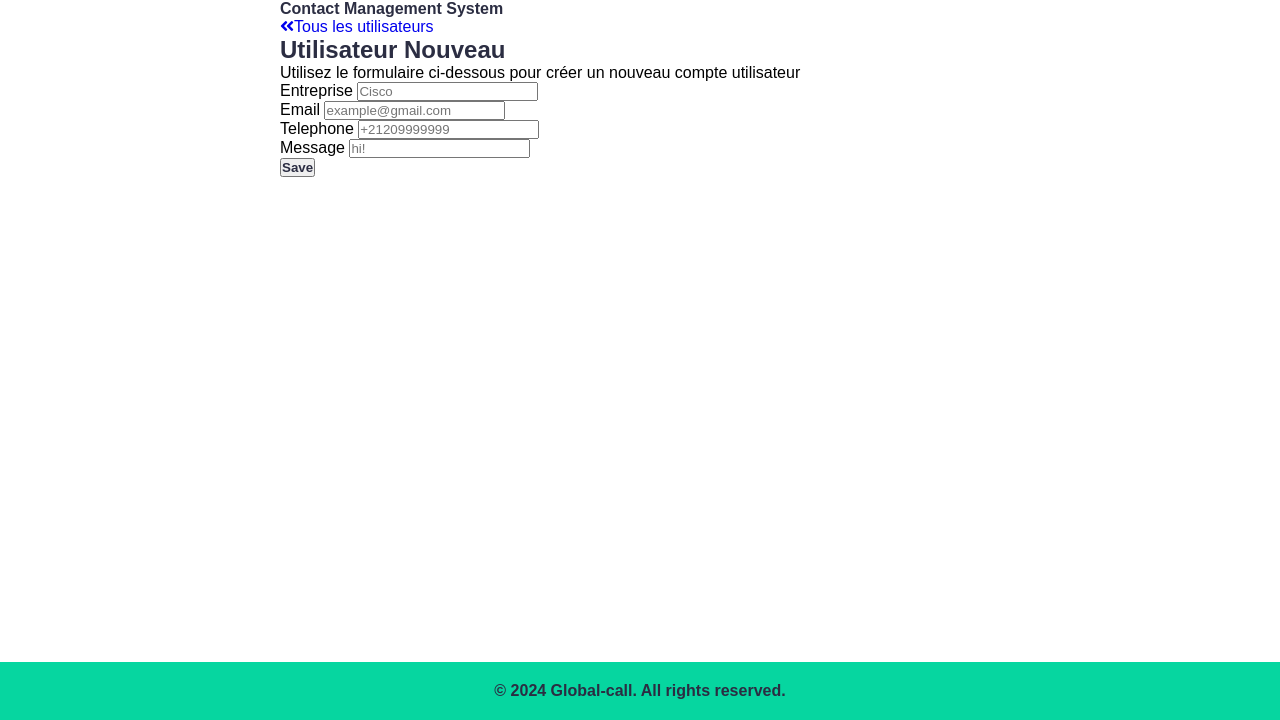
Repository: mohamed-makrani/Global_Development_Service_DBMS
Page: views/add_user.ejs
These files come from the project's save history. The page is drawn as it stood at one moment and after the next save; the edit follows.
The browser window is 1280 px wide. The pictures show the whole page.
Some web fonts or font styles are not loaded; a fallback is used. The page is served by the project's Node server (DBMS/server.js). The template is opened directly, without the code that normally fills it, so the values that code supplies are empty.

Above is the page before, as saved 2024-04-21 16:19:29.

### views/add_user.ejs
<!-- include header -->
<%- include('include/_header') %>
<!-- include header -->

<!-- Main Site -->
<main id="site-main">
  <div class="container">
    <div class="box-nav d-flex justify-between">
      <div class="filter">
        <a href="/"
          ><i class="fas fa-angle-double-left"></i>Tous les utilisateurs</a
        >
      </div>
    </div>

    <div class="form-title text-center">
      <h2 class="text-dark">Utilisateur Nouveau</h2>
      <span class="text-light"
        >Utilisez le formulaire ci-dessous pour créer un nouveau compte
        utilisateur</span
      >
    </div>
    <%- include('include/_form') %>
  </div>
</main>
<!-- /Main Site -->

<!-- include footer -->
<%- include('include/_footer') %>
<!-- /include footer -->

### views/include/_header.ejs
<!DOCTYPE html>
<html lang="en">
  <head>
    <meta charset="UTF-8" />
    <meta name="viewport" content="width=device-width, initial-scale=1.0" />
    <title>Management System</title>

    <link
      rel="stylesheet"
      href="https://cdnjs.cloudflare.com/ajax/libs/font-awesome/5.15.1/css/all.min.css"
      integrity="sha512-+4zCK9k+qNFUR5X+cKL9EIR+ZOhtIloNl9GIKS57V1MyNsYpYcUrUeQc9vNfzsWfV28IaLL3i96P9sdNyeRssA=="
      crossorigin="anonymous"
    />
    <link rel="stylesheet" href="css/style.css" />
  </head>
  <body>
    <!-- Header -->
    <header id="header">
      <nav>
        <div class="container">
          <div class="text-center">
            <a href="/" class="nav-brand text-dark">
              Contact Management System
            </a>
          </div>
        </div>
      </nav>
    </header>
    <!-- /Header -->
  </body>
</html>

### views/include/_form.ejs
<!-- form handling -->
<form action="/api/users" method="POST" id="add_user">
  <div class="new_user">
    <div class="form-group">
      <label for="entreprise" class="text-light">Entreprise</label>
      <input type="hidden" name="id" value="" />
      <input type="text" name="entreprise" value="" placeholder="Cisco" />
    </div>
    <div class="form-group">
      <label for="Email" class="text-light">Email</label>
      <input
        type="text"
        name="email"
        value=""
        placeholder="example@gmail.com"
      />
    </div>

    <div class="form-group">
      <label for="telephone" class="text-light">Telephone</label>
      <input type="text" name="telephone" value="" placeholder="+21209999999" />
    </div>

    <div class="form-group">
      <label for="message" class="text-light">Message</label>
      <input type="text" name="message" value="" placeholder="hi!" />
    </div>

    <div class="form-group">
      <button type="submit" class="btn text-dark update">Save</button>
    </div>
  </div>
</form>

### views/include/_footer.ejs
<!DOCTYPE html>
<html lang="en">
  <head>
    <meta charset="UTF-8" />
    <meta name="viewport" content="width=device-width, initial-scale=1.0" />
    <style>
      /* Existing CSS styles */
      /* Include your CSS files or styles here */
      body {
        text-decoration: none;
        font-family: "PT Sans", sans-serif;
      }

      /* New CSS rules */
      .text-dark {
        color: var(--dark);
        font-weight: bold; /* Added bold font weight */
      }

      /* CSS styles for the footer */
      footer {
        background-color: #06d6a0;
        color: #fff;
        padding: 20px 0;
        text-align: center;
        position: fixed;
        bottom: 0;
        width: 100%;
      }

      .container {
        max-width: 720px;
        margin: auto;
      }

      .container p {
        margin: 0;
        font-size: 1em;
      }
    </style>
  </head>
  <body>
    <!-- Your existing content goes here -->
    <script
      src="https://cdnjs.cloudflare.com/ajax/libs/jquery/3.5.1/jquery.min.js"
      integrity="sha512-bLT0Qm9VnAYZDflyKcBaQ2gg0hSYNQrJ8RilYldYQ1FxQYoCLtUjuuRuZo+fjqhx/qtq/1itJ0C2ejDxltZVFg=="
      crossorigin="anonymous"
    ></script>
    <script src="/js/index.js"></script>

    <!-- Footer -->
    <footer>
      <div class="container">
        <p class="text-dark">© 2024 Global-call. All rights reserved.</p>
      </div>
    </footer>
  </body>
</html>

### DBMS/server.js
const express = require('express');
const dotenv = require('dotenv');
const morgan = require('morgan');
const bodyparser = require("body-parser");
const path = require('path');

const app = express();

dotenv.config( { path : 'config.env'} )

const PORT = process.env.PORT || 8080

// log requests
app.use(morgan('tiny'));

// parse request to body-parser
app.use(bodyparser.urlencoded({ extended : true}))

// set view engine
app.set("view engine", "ejs")
//app.set("views", path.resolve(__dirname, "views/ejs"))

// load assets
app.use('/css', express.static(path.resolve(__dirname, "assets/css")))
app.use('/img', express.static(path.resolve(__dirname, "assets/img")))
app.use('/js', express.static(path.resolve(__dirname, "assets/js")))


app.get('/', (req, res) => {
  res.send("it's me, the app");
});

app.listen(PORT, () => {
    console.log(`server is running on port ${PORT}`);
  });

### DBMS/assets/css/style.css
@import url('https://fonts.googleapis.com/css2?family=Barlow&family=PT+Sans&display=swap');

:root{
    --dark: #2b2d42;
    --light: #adb5bd;
    --border: #dee2e6;
    --border-btn: #edf2f4;
}

* {
    padding: 0;
    margin: 0;
    box-sizing: border-box;
}

a {
    text-decoration: none;
    font-family: 'PT Sans', sans-serif;
}

.container{
    max-width: 500px;
    margin: auto;
}

Loaded but not shown: DBMS/assets/js/index.js (no copy from this time; the picture is the same without it)

After the next save:
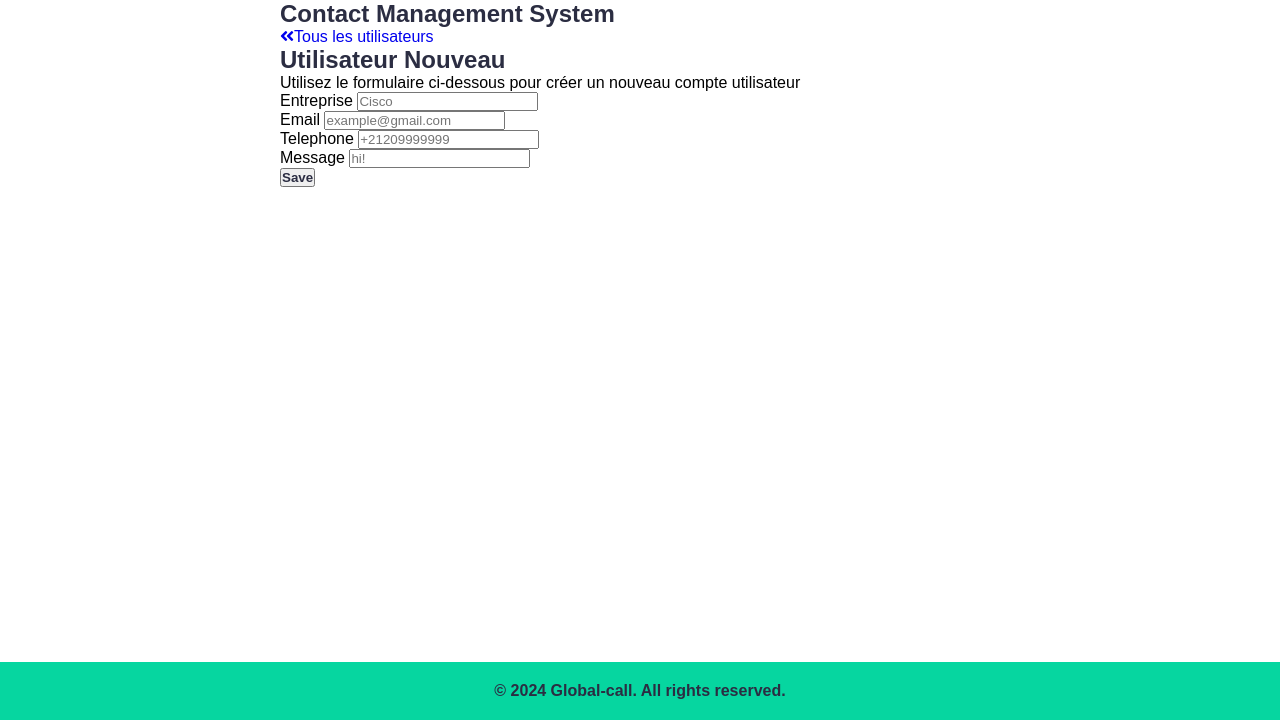
Saved 12 s later.
--- a/DBMS/assets/css/style.css
+++ b/DBMS/assets/css/style.css
@@ -22,3 +22,7 @@ a {
     max-width: 500px;
     margin: auto;
 }
+.nav-brand{
+    font-size: 1.5em;
+    font-weight: bold;
+}
